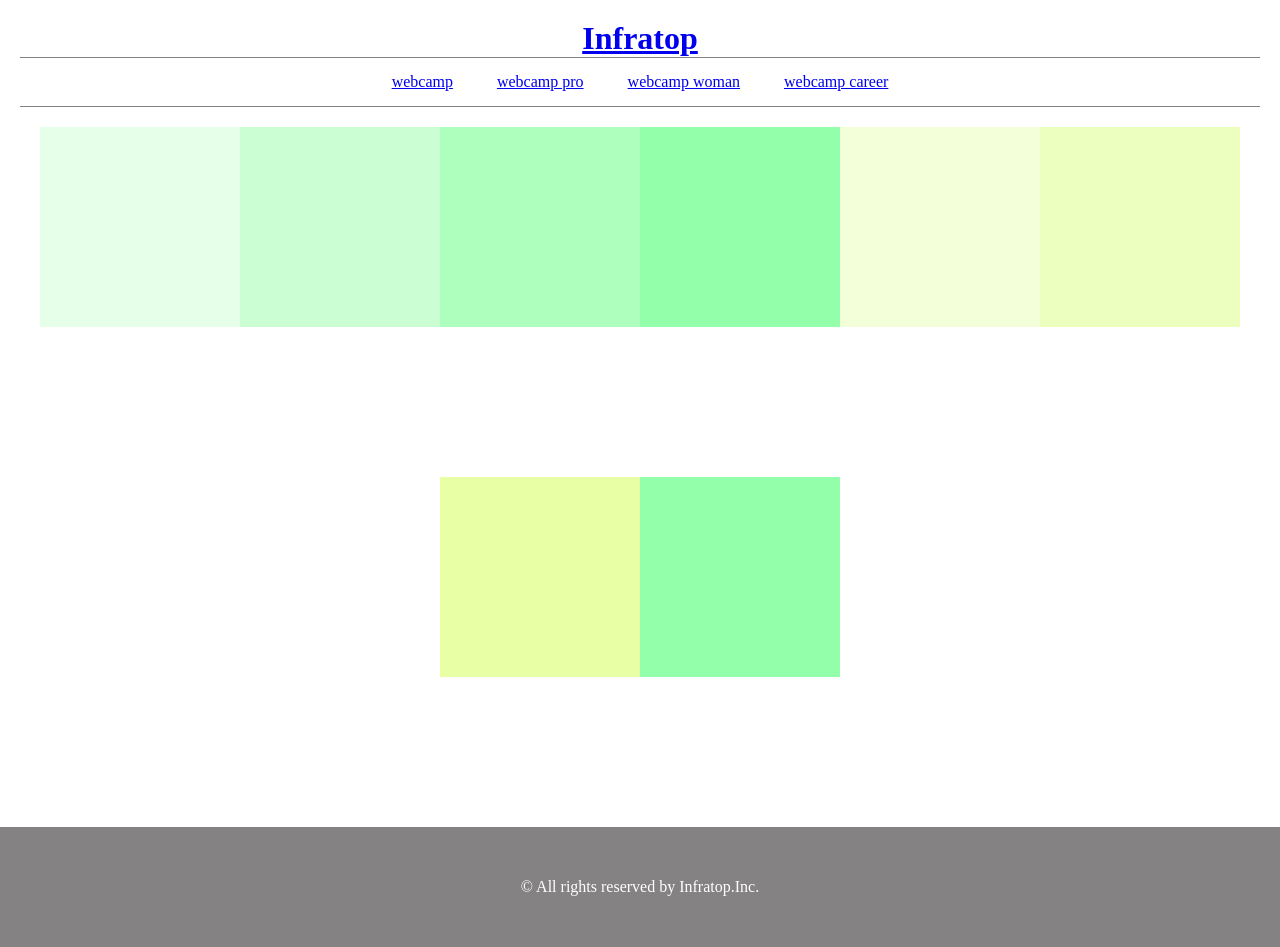
Repository: tkikokiko/webcamp-practice
Page: 1-5/index1-5.html
The author's editor kept a record of every edit. The page is drawn from the files as they stood at one moment, then again after the next edit.
The browser window is 1280 px wide. The pictures show the whole page.

Above is the page before.

### 1-5/index1-5.html
<!DOCTYPE html>
<!DOCTYPE html>
<html lang="ja">
  <head>
    <meta charset="UTF-8" />
    <link rel="stylesheet" href="style1-5.css" />
    <title>kadai1-5</title>
  </head>

  <body>
    <header>
      <h1 class="heading">
        <a href="index1-5.html">
          Infratop
        </a>
      </h1>

      <nav>
        <ul class="nav-list">
          <li class="nav-list-item">
            <a href="index1-5.html">
              webcamp
            </a>
          </li>
          <li class="nav-list-item">
            <a href="index1-5.html">
              webcamp pro
            </a>
          </li>
          <li class="nav-list-item">
            <a href="index1-5.html">
              webcamp woman
            </a>
          </li>
          <li class="nav-list-item">
            <a href="index1-5.html">
              webcamp career
            </a>
          </li>
        </ul>
      </nav>
    </header>

    <div class=main>
      <div class=box1-left></div>
      <div class=box1-center-left></div>
      <div class=box1-center-right></div>
      <div class=box1-right></div>

      <div class=box2-left></div>
      <div class=box2-center-left></div>
      <div class=box2-center-right></div>
      <div class=box2-right></div>

      <div class=box3-left></div>
      <div class=box3-center-left></div>
      <div class=box3-center-right></div>
      <div class=box3-right></div>
    </div>

    <footer>
      <p class="footer-text">© All rights reserved by Infratop.Inc.</p>
    </footer>
  </body>

</html>

### 1-5/style1-5.css
* {
  margin: 0;
  padding: 0;
  box-sizing: border-box;
  /*color: #6c6b6b;*/
}

header {
  width: 100%;
  padding: 20px 0;
  margin: 0 auto;
  text-align: center;

}

header .heading {
  font-size: 32px
  /*line-height: 72px;*/
}

.nav-list {
  text-align: center;
  padding: 15px;
  margin:  0 20px;
  border-top:solid 1px #848282;
  border-bottom:solid 1px #848282;
}

.nav-list-item {
  list-style: none;
  display: inline-block;
  margin: 0 20px;
}

.main {
  width: 100%;
  height: 700px;
  display: flex;
  justify-content: center;
  margin: 0 auto;
  flex-wrap: wrap;
}

.box1-left {
  width: 200px;
  height: 200px;
  background-color: #e6ffe9;
}
.box1-center-left {
  width: 200px;
  height: 200px;
  background-color: #cbffd3;
}
.box1-center-right {
  width: 200px;
  height: 200px;
  background-color: #aeffbd;
}
.box1-right {
  width: 200px;
  height: 200px;
  background-color: #93ffab;
}

.box2-left {
  width: 200px;
  height: 200px;
  background-color: #f3ffd8;
}
.box2-center-left {
  width: 200px;
  height: 200px;
  background-color: #edffbe;
}
.box2-center-right {
  width: 200px;
  height: 200px;
  background-color: #e9ffa5;
}
.box2-right {
  width: 200px;
  height: 200px;
  background-color: #93ffab;
}

.box1-left {
  width: 200px;
  height: 200px;
  background-color: #e6ffe9;
}
.box1-center-left {
  width: 200px;
  height: 200px;
  background-color: #cbffd3;
}
.box1-center-right {
  width: 200px;
  height: 200px;
  background-color: #aeffbd;
}
.box1-right {
  width: 200px;
  height: 200px;
  background-color: #93ffab;
}
footer{
  width: 100%;
  height: 120px;
  text-align: center;
  line-height: 120px;
  background-color: #848282;
}

.footer-text {
  color: #fff;
}

After the next edit:
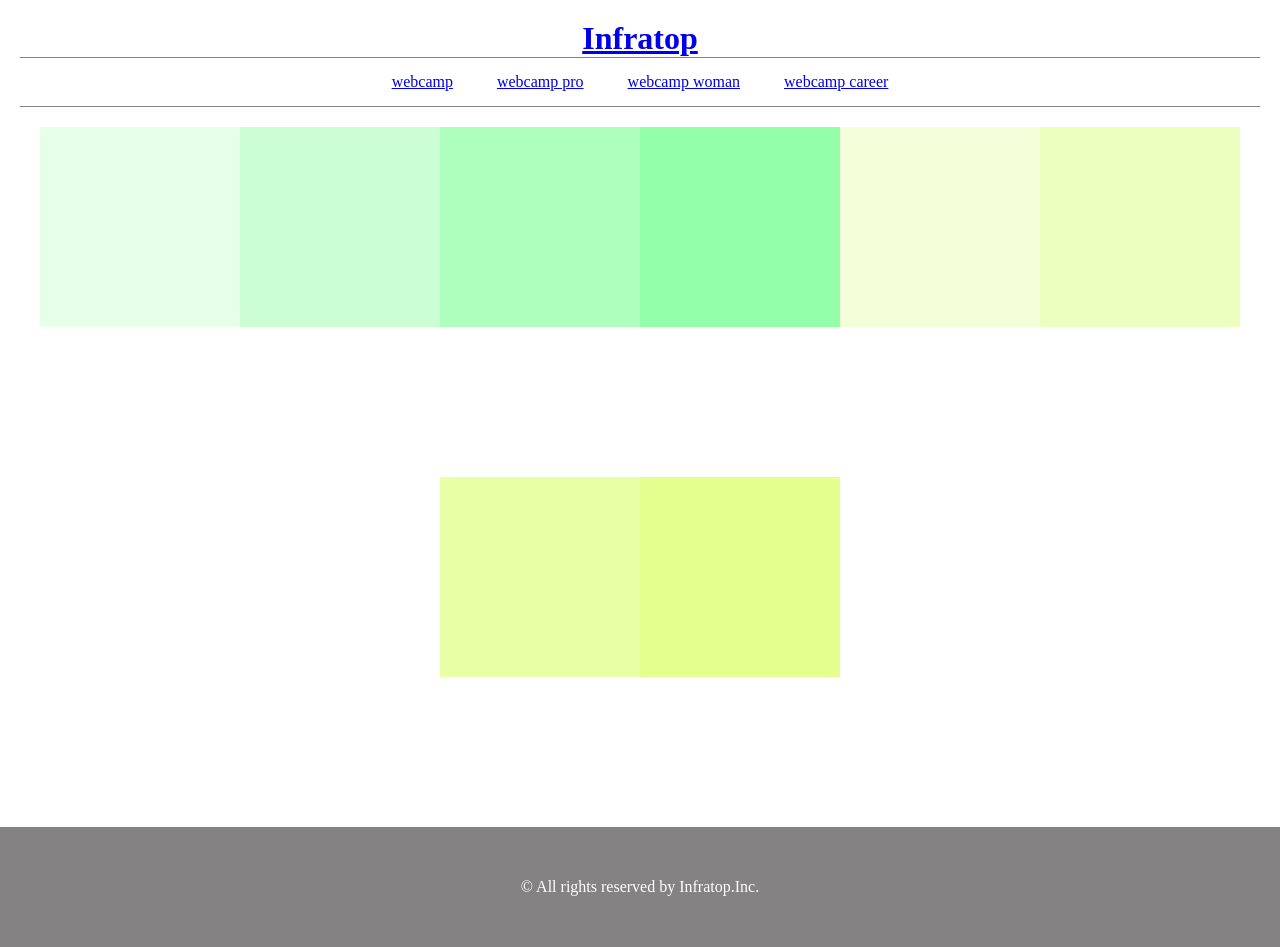
The edit:
--- a/1-5/style1-5.css
+++ b/1-5/style1-5.css
@@ -80,7 +80,7 @@
 .box2-right {
   width: 200px;
   height: 200px;
-  background-color: #93ffab;
+  background-color: #e4ff8d;
 }
 
 .box1-left {
